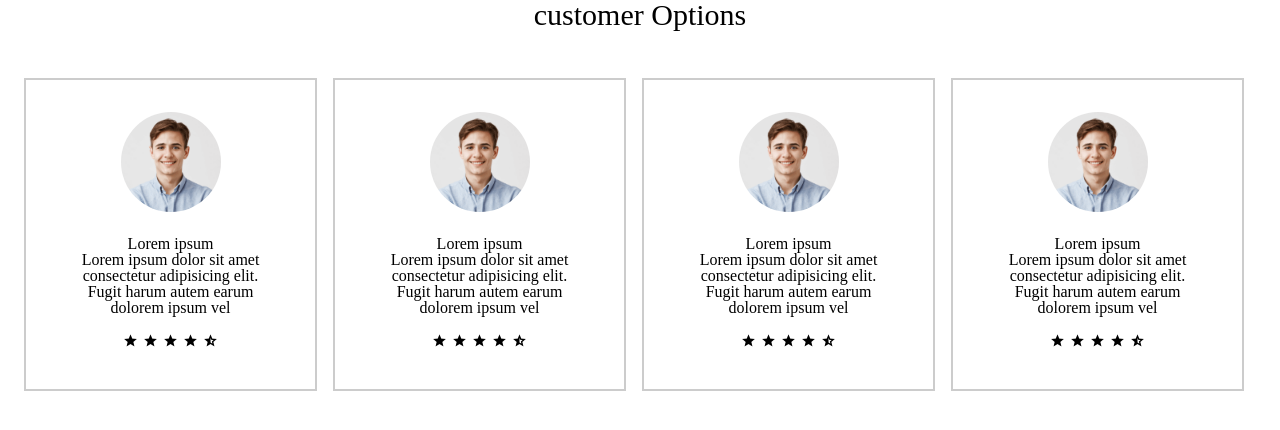
Repository: dinhhaidh/slider-3
Page: index.html
These files come from the project's save history. The page is drawn as it stood at one moment and after the next save; the edit follows.
The browser window is 1280 px wide. The pictures show the whole page.

Above is the page before, as saved 2024-03-22 21:06:29.

After the next save:
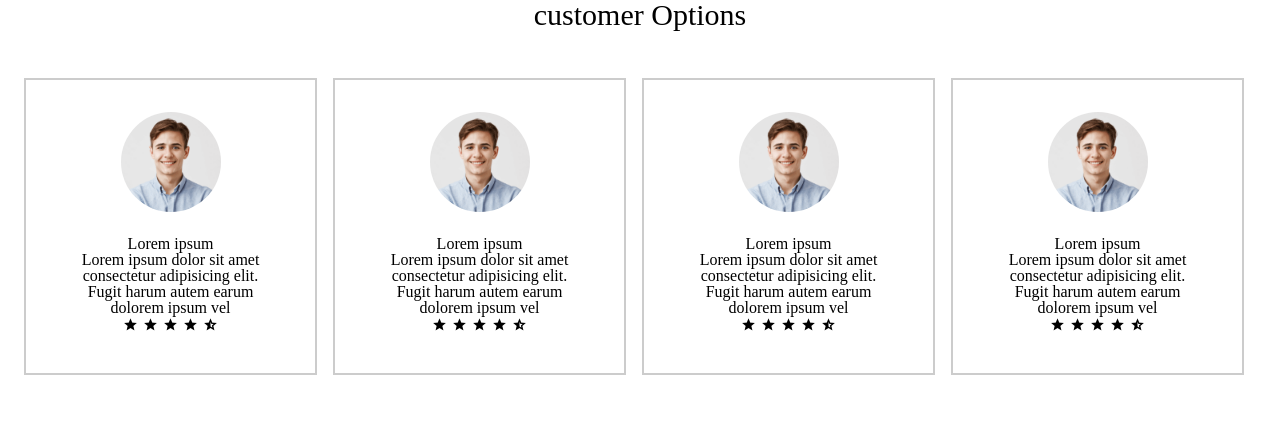
Saved 62 s later.
--- a/css/style.css
+++ b/css/style.css
@@ -59,6 +59,7 @@ body {
     border-radius: 50%;
     margin: 0 auto 1.5rem;
 }
+.c
 .customer__article p {
     margin-bottom: 1rem;
     text-align: center;

After the 3 saves that followed:
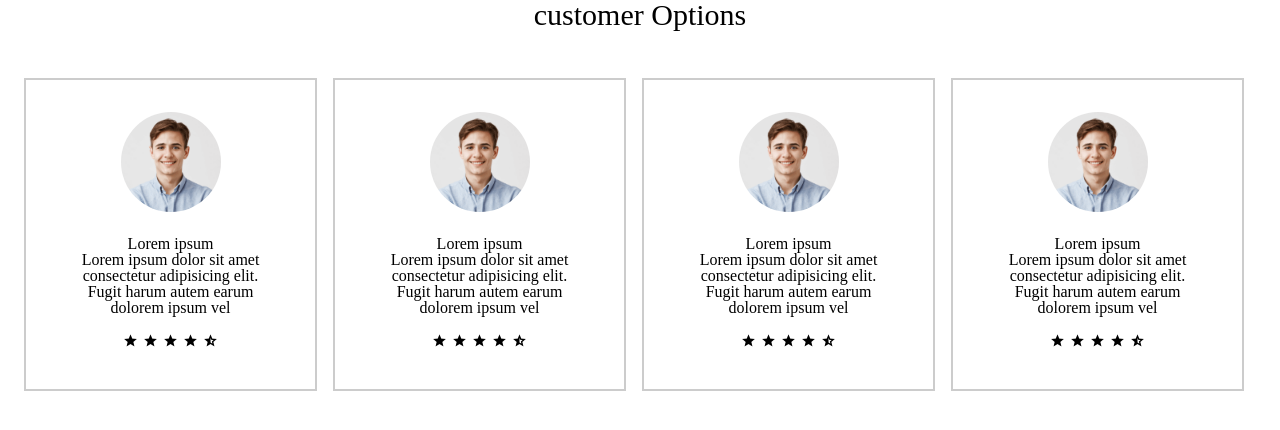
The 3 saves are shown as one change because they came seconds apart.
The last was saved 12 s later.
--- a/css/style.css
+++ b/css/style.css
@@ -59,7 +59,9 @@ body {
     border-radius: 50%;
     margin: 0 auto 1.5rem;
 }
-.c
+.customer__heading{
+  font-size: 2;
+}
 .customer__article p {
     margin-bottom: 1rem;
     text-align: center;
